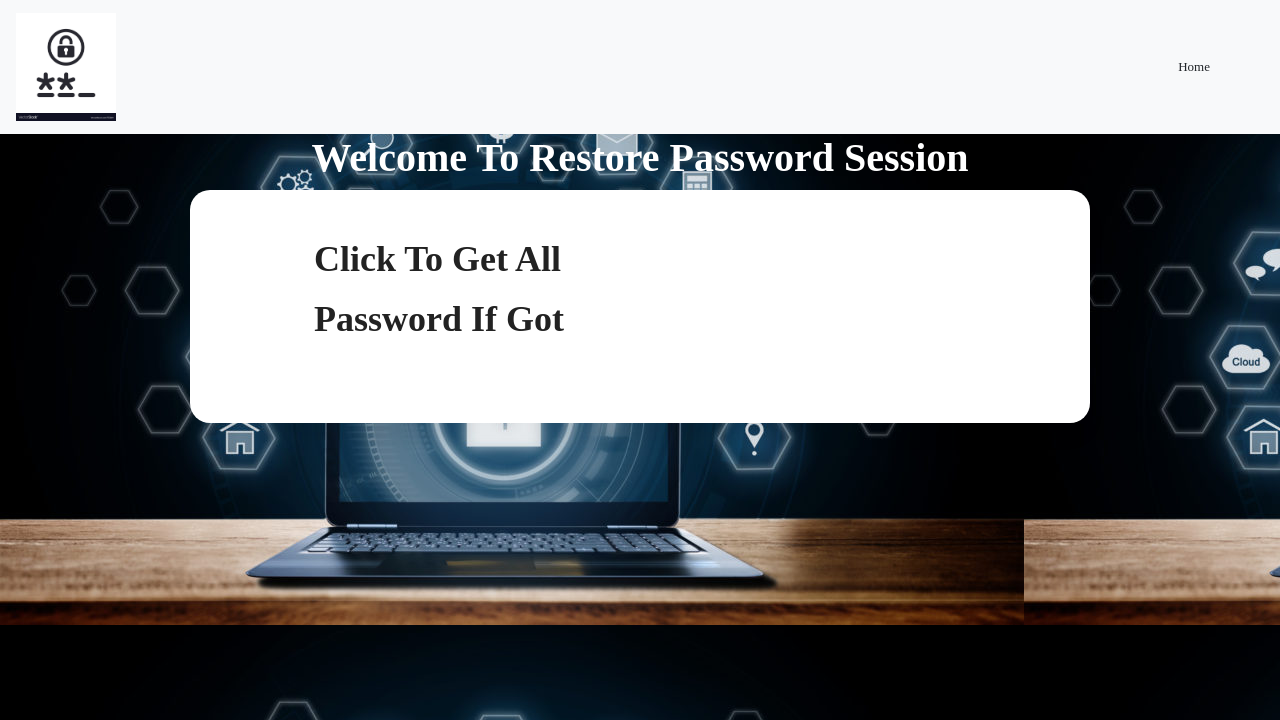
Repository: Sunil-731820/AllWorkingModels
Page: http://localhost/PasswordManagerApp/ShowAllPassword.jsp
The author's editor kept a copy of each file at every save. The page is drawn from the files as they stood at one save, then again after the next save.
The browser window is 1280 px wide. The pictures show the whole page.
Some web fonts or font styles are not loaded; a fallback is used. Some web libraries are served in a nearby version. The page is served by Tomcat 9. Other server files are loaded and not shown.

Above is the page before, as saved 2022-09-28 04:26:23.

### PasswordManagerApp/src/main/webapp/ShowAllPassword.jsp
<%@ page language="java" contentType="text/html; charset=ISO-8859-1"
    pageEncoding="ISO-8859-1"%>
<!DOCTYPE html>
<html>
<head>
<meta charset="ISO-8859-1">
<title>Insert title here</title>
<link rel="stylesheet" href="fonts/material-icon/css/material-design-iconic-font.min.css">
        <link rel="stylesheet"
              href="https://stackpath.bootstrapcdn.com/bootstrap/4.3.1/css/bootstrap.min.css">
        <link rel="stylesheet"
              href="https://maxcdn.bootstrapcdn.com/font-awesome/4.7.0/css/font-awesome.min.css">
        <script
        src="https://ajax.googleapis.com/ajax/libs/jquery/3.3.1/jquery.min.js"></script>
        <script
        src="https://cdnjs.cloudflare.com/ajax/libs/popper.js/1.14.7/umd/popper.min.js"></script>
        <script
        src="https://stackpath.bootstrapcdn.com/bootstrap/4.3.1/js/bootstrap.min.js"></script>
        <link
            href="//maxcdn.bootstrapcdn.com/bootstrap/4.0.0/css/bootstrap.min.css"
            rel="stylesheet" id="bootstrap-css">
        <script
        src="//maxcdn.bootstrapcdn.com/bootstrap/4.0.0/js/bootstrap.min.js"></script>
        <script
        src="//cdnjs.cloudflare.com/ajax/libs/jquery/3.2.1/jquery.min.js"></script>
        <link rel="stylesheet" href="css/register.css" type="text/css" />
         <style type="text/css">
        body {
            background-image: url("img/pass4.jpeg");
            background-color: #cccccc;
        }
        .img-rounded {
            height: 100%;
            width: 100%;
        }
        h1 {
            color: white;
            text-align: center;
        }
    </style>
</head>
<body>
<nav class="navbar navbar-expand-md navbar-light bg-light">
            <a href="#" class="navbar-brand"> <img src="img/icons.jpg"
                                                   height="30" width="100" alt="Password">
            </a>
            <button type="button" class="navbar-toggler" data-toggle="collapse"
                    data-target="#navbarCollapse">
                <span class="navbar-toggler-icon"></span>
            </button>

            <div class="collapse navbar-collapse" id="navbarCollapse">
                <div class="navbar-nav ml-auto" style="margin-right: 30px;">
                    <a class="dropdown-item" href="HomePage.jsp">Home</a>
                </div>
            </div>
        </nav>
        <div>
            <h1>
                <b>Welcome To Restore Password Session</b>
            </h1>
        </div>
<form action="ShowAllPassword.jsp" method="get">
            <!-- Sign up form -->
            <section class="signup">
                <div class="container">
                    <div class="signup-content">
                        <div class="signup-form">
                            <h2 class="form-title">Click To Get All Password If Got </h2>
                            <form class="register-form" id="register-form">

                            </form>
                        </div>

                    </div>
                </div>
            </section>
        </form>
</body>
</html>

### PasswordManagerApp/src/main/webapp/css/register.css
@charset "ISO-8859-1";
display-flex, .display-flex, .display-flex-center, .signup-content, .signin-content, .social-login, .socials {
  display: flex;
  display: -webkit-flex; }

/* @extend list-type-ulli; */
list-type-ulli, .socials {
  list-style-type: none;
  margin: 0;
  padding: 0; }

/* poppins-300 - latin */
@font-face {
  font-family: 'Poppins';
  font-style: normal;
  font-weight: 300;
  src: url("../fonts/poppins/poppins-v5-latin-300.eot");
  /* IE9 Compat Modes */
  src: local("Poppins Light"), local("Poppins-Light"), url("../fonts/poppins/poppins-v5-latin-300.eot?#iefix") format("embedded-opentype"), url("../fonts/poppins/poppins-v5-latin-300.woff2") format("woff2"), url("../fonts/poppins/poppins-v5-latin-300.woff") format("woff"), url("../fonts/poppins/poppins-v5-latin-300.ttf") format("truetype"), url("../fonts/poppins/poppins-v5-latin-300.svg#Poppins") format("svg");
  /* Legacy iOS */ }
/* poppins-300italic - latin */
@font-face {
  font-family: 'Poppins';
  font-style: italic;
  font-weight: 300;
  src: url("../fonts/poppins/poppins-v5-latin-300italic.eot");
  /* IE9 Compat Modes */
  src: local("Poppins Light Italic"), local("Poppins-LightItalic"), url("../fonts/poppins/poppins-v5-latin-300italic.eot?#iefix") format("embedded-opentype"), url("../fonts/poppins/poppins-v5-latin-300italic.woff2") format("woff2"), url("../fonts/poppins/poppins-v5-latin-300italic.woff") format("woff"), url("../fonts/poppins/poppins-v5-latin-300italic.ttf") format("truetype"), url("../fonts/poppins/poppins-v5-latin-300italic.svg#Poppins") format("svg");
  /* Legacy iOS */ }
/* poppins-regular - latin */
@font-face {
  font-family: 'Poppins';
  font-style: normal;
  font-weight: 400;
  src: url("../fonts/poppins/poppins-v5-latin-regular.eot");
  /* IE9 Compat Modes */
  src: local("Poppins Regular"), local("Poppins-Regular"), url("../fonts/poppins/poppins-v5-latin-regular.eot?#iefix") format("embedded-opentype"), url("../fonts/poppins/poppins-v5-latin-regular.woff2") format("woff2"), url("../fonts/poppins/poppins-v5-latin-regular.woff") format("woff"), url("../fonts/poppins/poppins-v5-latin-regular.ttf") format("truetype"), url("../fonts/poppins/poppins-v5-latin-regular.svg#Poppins") format("svg");
  /* Legacy iOS */ }
/* poppins-italic - latin */
@font-face {
  font-family: 'Poppins';
  font-style: italic;
  font-weight: 400;
  src: url("../fonts/poppins/poppins-v5-latin-italic.eot");
  /* IE9 Compat Modes */
  src: local("Poppins Italic"), local("Poppins-Italic"), url("../fonts/poppins/poppins-v5-latin-italic.eot?#iefix") format("embedded-opentype"), url("../fonts/poppins/poppins-v5-latin-italic.woff2") format("woff2"), url("../fonts/poppins/poppins-v5-latin-italic.woff") format("woff"), url("../fonts/poppins/poppins-v5-latin-italic.ttf") format("truetype"), url("../fonts/poppins/poppins-v5-latin-italic.svg#Poppins") format("svg");
  /* Legacy iOS */ }
/* poppins-500 - latin */
@font-face {
  font-family: 'Poppins';
  font-style: normal;
  font-weight: 500;
  src: url("../fonts/poppins/poppins-v5-latin-500.eot");
  /* IE9 Compat Modes */
  src: local("Poppins Medium"), local("Poppins-Medium"), url("../fonts/poppins/poppins-v5-latin-500.eot?#iefix") format("embedded-opentype"), url("../fonts/poppins/poppins-v5-latin-500.woff2") format("woff2"), url("../fonts/poppins/poppins-v5-latin-500.woff") format("woff"), url("../fonts/poppins/poppins-v5-latin-500.ttf") format("truetype"), url("../fonts/poppins/poppins-v5-latin-500.svg#Poppins") format("svg");
  /* Legacy iOS */ }
/* poppins-500italic - latin */
@font-face {
  font-family: 'Poppins';
  font-style: italic;
  font-weight: 500;
  src: url("../fonts/poppins/poppins-v5-latin-500italic.eot");
  /* IE9 Compat Modes */
  src: local("Poppins Medium Italic"), local("Poppins-MediumItalic"), url("../fonts/poppins/poppins-v5-latin-500italic.eot?#iefix") format("embedded-opentype"), url("../fonts/poppins/poppins-v5-latin-500italic.woff2") format("woff2"), url("../fonts/poppins/poppins-v5-latin-500italic.woff") format("woff"), url("../fonts/poppins/poppins-v5-latin-500italic.ttf") format("truetype"), url("../fonts/poppins/poppins-v5-latin-500italic.svg#Poppins") format("svg");
  /* Legacy iOS */ }
/* poppins-600 - latin */
@font-face {
  font-family: 'Poppins';
  font-style: normal;
  font-weight: 600;
  src: url("../fonts/poppins/poppins-v5-latin-600.eot");
  /* IE9 Compat Modes */
  src: local("Poppins SemiBold"), local("Poppins-SemiBold"), url("../fonts/poppins/poppins-v5-latin-600.eot?#iefix") format("embedded-opentype"), url("../fonts/poppins/poppins-v5-latin-600.woff2") format("woff2"), url("../fonts/poppins/poppins-v5-latin-600.woff") format("woff"), url("../fonts/poppins/poppins-v5-latin-600.ttf") format("truetype"), url("../fonts/poppins/poppins-v5-latin-600.svg#Poppins") format("svg");
  /* Legacy iOS */ }
/* poppins-700 - latin */
@font-face {
  font-family: 'Poppins';
  font-style: normal;
  font-weight: 700;
  src: url("../fonts/poppins/poppins-v5-latin-700.eot");
  /* IE9 Compat Modes */
  src: local("Poppins Bold"), local("Poppins-Bold"), url("../fonts/poppins/poppins-v5-latin-700.eot?#iefix") format("embedded-opentype"), url("../fonts/poppins/poppins-v5-latin-700.woff2") format("woff2"), url("../fonts/poppins/poppins-v5-latin-700.woff") format("woff"), url("../fonts/poppins/poppins-v5-latin-700.ttf") format("truetype"), url("../fonts/poppins/poppins-v5-latin-700.svg#Poppins") format("svg");
  /* Legacy iOS */ }
/* poppins-700italic - latin */
@font-face {
  font-family: 'Poppins';
  font-style: italic;
  font-weight: 700;
  src: url("../fonts/poppins/poppins-v5-latin-700italic.eot");
  /* IE9 Compat Modes */
  src: local("Poppins Bold Italic"), local("Poppins-BoldItalic"), url("../fonts/poppins/poppins-v5-latin-700italic.eot?#iefix") format("embedded-opentype"), url("../fonts/poppins/poppins-v5-latin-700italic.woff2") format("woff2"), url("../fonts/poppins/poppins-v5-latin-700italic.woff") format("woff"), url("../fonts/poppins/poppins-v5-latin-700italic.ttf") format("truetype"), url("../fonts/poppins/poppins-v5-latin-700italic.svg#Poppins") format("svg");
  /* Legacy iOS */ }
/* poppins-800 - latin */
@font-face {
  font-family: 'Poppins';
  font-style: normal;
  font-weight: 800;
  src: url("../fonts/poppins/poppins-v5-latin-800.eot");
  /* IE9 Compat Modes */
  src: local("Poppins ExtraBold"), local("Poppins-ExtraBold"), url("../fonts/poppins/poppins-v5-latin-800.eot?#iefix") format("embedded-opentype"), url("../fonts/poppins/poppins-v5-latin-800.woff2") format("woff2"), url("../fonts/poppins/poppins-v5-latin-800.woff") format("woff"), url("../fonts/poppins/poppins-v5-latin-800.ttf") format("truetype"), url("../fonts/poppins/poppins-v5-latin-800.svg#Poppins") format("svg");
  /* Legacy iOS */ }
/* poppins-800italic - latin */
@font-face {
  font-family: 'Poppins';
  font-style: italic;
  font-weight: 800;
  src: url("../fonts/poppins/poppins-v5-latin-800italic.eot");
  /* IE9 Compat Modes */
  src: local("Poppins ExtraBold Italic"), local("Poppins-ExtraBoldItalic"), url("../fonts/poppins/poppins-v5-latin-800italic.eot?#iefix") format("embedded-opentype"), url("../fonts/poppins/poppins-v5-latin-800italic.woff2") format("woff2"), url("../fonts/poppins/poppins-v5-latin-800italic.woff") format("woff"), url("../fonts/poppins/poppins-v5-latin-800italic.ttf") format("truetype"), url("../fonts/poppins/poppins-v5-latin-800italic.svg#Poppins") format("svg");
  /* Legacy iOS */ }
/* poppins-900 - latin */
@font-face {
  font-family: 'Poppins';
  font-style: normal;
  font-weight: 900;
  src: url("../fonts/poppins/poppins-v5-latin-900.eot");
  /* IE9 Compat Modes */
  src: local("Poppins Black"), local("Poppins-Black"), url("../fonts/poppins/poppins-v5-latin-900.eot?#iefix") format("embedded-opentype"), url("../fonts/poppins/poppins-v5-latin-900.woff2") format("woff2"), url("../fonts/poppins/poppins-v5-latin-900.woff") format("woff"), url("../fonts/poppins/poppins-v5-latin-900.ttf") format("truetype"), url("../fonts/poppins/poppins-v5-latin-900.svg#Poppins") format("svg");
  /* Legacy iOS */ }
a:focus, a:active {
  text-decoration: none;
  outline: none;
  transition: all 300ms ease 0s;
  -moz-transition: all 300ms ease 0s;
  -webkit-transition: all 300ms ease 0s;
  -o-transition: all 300ms ease 0s;
  -ms-transition: all 300ms ease 0s; }

input, select, textarea {
  outline: none;
  appearance: unset !important;
  -moz-appearance: unset !important;
  -webkit-appearance: unset !important;
  -o-appearance: unset !important;
  -ms-appearance: unset !important; }

input::-webkit-outer-spin-button, input::-webkit-inner-spin-button {
  appearance: none !important;
  -moz-appearance: none !important;
  -webkit-appearance: none !important;
  -o-appearance: none !important;
  -ms-appearance: none !important;
  margin: 0; }

input:focus, select:focus, textarea:focus {
  outline: none;
  box-shadow: none !important;
  -moz-box-shadow: none !important;
  -webkit-box-shadow: none !important;
  -o-box-shadow: none !important;
  -ms-box-shadow: none !important; }

input[type=checkbox] {
  appearance: checkbox !important;
  -moz-appearance: checkbox !important;
  -webkit-appearance: checkbox !important;
  -o-appearance: checkbox !important;
  -ms-appearance: checkbox !important; }

input[type=radio] {
  appearance: radio !important;
  -moz-appearance: radio !important;
  -webkit-appearance: radio !important;
  -o-appearance: radio !important;
  -ms-appearance: radio !important; }

img {
  max-width: 100%;
  height: auto; }

figure {
  margin: 0; }

p {
  margin-bottom: 0px;
  font-size: 15px;
  color: #777; }

h2 {
  line-height: 1.66;
  margin: 0;
  padding: 0;
  font-weight: bold;
  color: #222;
  font-family: Poppins;
  font-size: 36px; }

.main {
  background: #f8f8f8;
  padding: 150px 0; }

.clear {
  clear: both; }

body {
  font-size: 13px;
  line-height: 1.8;
  color: #222;
  background: #f8f8f8;
  font-weight: 400;
  font-family: Poppins; }

.container {
  width: 900px;
  background: #fff;
  margin: 0 auto;
  box-shadow: 0px 15px 16.83px 0.17px rgba(0, 0, 0, 0.05);
  -moz-box-shadow: 0px 15px 16.83px 0.17px rgba(0, 0, 0, 0.05);
  -webkit-box-shadow: 0px 15px 16.83px 0.17px rgba(0, 0, 0, 0.05);
  -o-box-shadow: 0px 15px 16.83px 0.17px rgba(0, 0, 0, 0.05);
  -ms-box-shadow: 0px 15px 16.83px 0.17px rgba(0, 0, 0, 0.05);
  border-radius: 20px;
  -moz-border-radius: 20px;
  -webkit-border-radius: 20px;
  -o-border-radius: 20px;
  -ms-border-radius: 20px; }

.display-flex {
  justify-content: space-between;
  -moz-justify-content: space-between;
  -webkit-justify-content: space-between;
  -o-justify-content: space-between;
  -ms-justify-content: space-between;
  align-items: center;
  -moz-align-items: center;
  -webkit-align-items: center;
  -o-align-items: center;
  -ms-align-items: center; }

.display-flex-center {
  justify-content: center;
  -moz-justify-content: center;
  -webkit-justify-content: center;
  -o-justify-content: center;
  -ms-justify-content: center;
  align-items: center;
  -moz-align-items: center;
  -webkit-align-items: center;
  -o-align-items: center;
  -ms-align-items: center; }

.position-center {
  position: absolute;
  top: 50%;
  left: 50%;
  transform: translate(-50%, -50%);
  -moz-transform: translate(-50%, -50%);
  -webkit-transform: translate(-50%, -50%);
  -o-transform: translate(-50%, -50%);
  -ms-transform: translate(-50%, -50%); }

.signup {
  margin-bottom: 150px; }

.signup-content {
  padding: 40px 0; }

.signup-form, .signup-image, .signin-form, .signin-image {
  width: 50%;
  overflow: hidden; }

.signup-image {
  margin: 0 55px; }

.form-title {
  margin-bottom: 33px; }

.signup-image {
  margin-top: 45px; }

figure {
  margin-bottom: 50px;
  text-align: center; }

.form-submit {
  display: inline-block;
  background: #6dabe4;
  color: #fff;
  border-bottom: none;
  width: auto;
  padding: 15px 39px;
  border-radius: 5px;
  -moz-border-radius: 5px;
  -webkit-border-radius: 5px;
  -o-border-radius: 5px;
  -ms-border-radius: 5px;
  margin-top: 25px;
  cursor: pointer; }
  .form-submit:hover {
    background: #4292dc; }

#signin {
  margin-top: 16px; }

.signup-image-link {
  font-size: 14px;
  color: #222;
  display: block;
  text-align: center; }

.term-service {
  font-size: 13px;
  color: #222; }

.signup-form {
  margin-left: 75px;
  margin-right: 75px;
  padding-left: 34px; }

.register-form {
  width: 100%; }

.form-group {
  position: relative;
  margin-bottom: 25px;
  overflow: hidden; }
  .form-group:last-child {
    margin-bottom: 0px; }

input {
  width: 100%;
  display: block;
  border: none;
  border-bottom: 1px solid #999;
  padding: 6px 30px;
  font-family: Poppins;
  box-sizing: border-box; }
  input::-webkit-input-placeholder {
    color: #999; }
  input::-moz-placeholder {
    color: #999; }
  input:-ms-input-placeholder {
    color: #999; }
  input:-moz-placeholder {
    color: #999; }
  input:focus {
    border-bottom: 1px solid #222; }
    input:focus::-webkit-input-placeholder {
      color: #222; }
    input:focus::-moz-placeholder {
      color: #222; }
    input:focus:-ms-input-placeholder {
      color: #222; }
    input:focus:-moz-placeholder {
      color: #222; }

input[type=checkbox]:not(old) {
  width: 2em;
  margin: 0;
  padding: 0;
  font-size: 1em;
  display: none; }

input[type=checkbox]:not(old) + label {
  display: inline-block;
  line-height: 1.5em;
  margin-top: 6px; }

input[type=checkbox]:not(old) + label > span {
  display: inline-block;
  width: 13px;
  height: 13px;
  margin-right: 15px;
  margin-bottom: 3px;
  border: 1px solid #999;
  border-radius: 2px;
  -moz-border-radius: 2px;
  -webkit-border-radius: 2px;
  -o-border-radius: 2px;
  -ms-border-radius: 2px;
  background: white;
  background-image: -moz-linear-gradient(white, white);
  background-image: -ms-linear-gradient(white, white);
  background-image: -o-linear-gradient(white, white);
  background-image: -webkit-linear-gradient(white, white);
  background-image: linear-gradient(white, white);
  vertical-align: bottom; }

input[type=checkbox]:not(old):checked + label > span {
  background-image: -moz-linear-gradient(white, white);
  background-image: -ms-linear-gradient(white, white);
  background-image: -o-linear-gradient(white, white);
  background-image: -webkit-linear-gradient(white, white);
  background-image: linear-gradient(white, white); }

input[type=checkbox]:not(old):checked + label > span:before {
  content: '\f26b';
  display: block;
  color: #222;
  font-size: 11px;
  line-height: 1.2;
  text-align: center;
  font-family: 'Material-Design-Iconic-Font';
  font-weight: bold; }

.agree-term {
  display: inline-block;
  width: auto; }

label {
  position: absolute;
  left: 0;
  top: 50%;
  transform: translateY(-50%);
  -moz-transform: translateY(-50%);
  -webkit-transform: translateY(-50%);
  -o-transform: translateY(-50%);
  -ms-transform: translateY(-50%);
  color: #222; }

.label-has-error {
  top: 22%; }

label.error {
  position: relative;
  background: url("../images/unchecked.gif") no-repeat;
  background-position-y: 3px;
  padding-left: 20px;
  display: block;
  margin-top: 20px; }

label.valid {
  display: block;
  position: absolute;
  right: 0;
  left: auto;
  margin-top: -6px;
  width: 20px;
  height: 20px;
  background: transparent; }
  label.valid:after {
    font-family: 'Material-Design-Iconic-Font';
    content: '\f269';
    width: 100%;
    height: 100%;
    position: absolute;
    /* right: 0; */
    font-size: 16px;
    color: green; }

.label-agree-term {
  position: relative;
  top: 0%;
  transform: translateY(0);
  -moz-transform: translateY(0);
  -webkit-transform: translateY(0);
  -o-transform: translateY(0);
  -ms-transform: translateY(0); }

.material-icons-name {
  font-size: 18px; }

.signin-content {
  padding-top: 40px;
  padding-bottom: 10px; }

.social-login {
  align-items: center;
  -moz-align-items: center;
  -webkit-align-items: center;
  -o-align-items: center;
  -ms-align-items: center;
  margin-top: 80px; }

.social-label {
  display: inline-block;
  margin-right: 15px; }

.socials li {
  padding: 5px; }
  .socials li:last-child {
    margin-right: 0px; }
  .socials li a {
    text-decoration: none; }
    .socials li a i {
      width: 30px;
      height: 30px;
      color: #fff;
      font-size: 14px;
      border-radius: 5px;
      -moz-border-radius: 5px;
      -webkit-border-radius: 5px;
      -o-border-radius: 5px;
      -ms-border-radius: 5px;
      transform: translateZ(0);
      -moz-transform: translateZ(0);
      -webkit-transform: translateZ(0);
      -o-transform: translateZ(0);
      -ms-transform: translateZ(0);
      -webkit-transition-duration: 0.3s;
      transition-duration: 0.3s;
      -webkit-transition-property: transform;
      transition-property: transform;
      -webkit-transition-timing-function: ease-out;
      transition-timing-function: ease-out; }
  .socials li:hover a i {
    -webkit-transform: scale(1.3) translateZ(0);
    transform: scale(1.3) translateZ(0); }

.zmdi-facebook {
  background: #3b5998; }

.zmdi-twitter {
  background: #1da0f2; }

.zmdi-google {
  background: #e72734; }

.signin-form {
  margin-right: 90px;
  margin-left: 80px; }

.signin-image {
  margin-left: 110px;
  margin-right: 20px;
  margin-top: 10px; }

@media screen and (max-width: 1200px) {
  .container {
    width: calc( 100% - 30px);
    max-width: 100%; } }
@media screen and (min-width: 1024px) {
  .container {
    max-width: 1200px; } }
@media screen and (max-width: 768px) {
  .signup-content, .signin-content {
    flex-direction: column;
    -moz-flex-direction: column;
    -webkit-flex-direction: column;
    -o-flex-direction: column;
    -ms-flex-direction: column;
    justify-content: center;
    -moz-justify-content: center;
    -webkit-justify-content: center;
    -o-justify-content: center;
    -ms-justify-content: center; }

  .signup-form {
    margin-left: 0px;
    margin-right: 0px;
    padding-left: 0px;
    /* box-sizing: border-box; */
    padding: 0 30px; }

  .signin-image {
    margin-left: 0px;
    margin-right: 0px;
    margin-top: 50px;
    order: 2;
    -moz-order: 2;
    -webkit-order: 2;
    -o-order: 2;
    -ms-order: 2; }

  .signup-form, .signup-image, .signin-form, .signin-image {
    width: auto; }

  .social-login {
    justify-content: center;
    -moz-justify-content: center;
    -webkit-justify-content: center;
    -o-justify-content: center;
    -ms-justify-content: center; }

  .form-button {
    text-align: center; }

  .signin-form {
    order: 1;
    -moz-order: 1;
    -webkit-order: 1;
    -o-order: 1;
    -ms-order: 1;
    margin-right: 0px;
    margin-left: 0px;
    padding: 0 30px; }

  .form-title {
    text-align: center; } }
@media screen and (max-width: 400px) {
  .social-login {
    flex-direction: column;
    -moz-flex-direction: column;
    -webkit-flex-direction: column;
    -o-flex-direction: column;
    -ms-flex-direction: column; }

  .social-label {
    margin-right: 0px;
    margin-bottom: 10px; } }

After the next save:
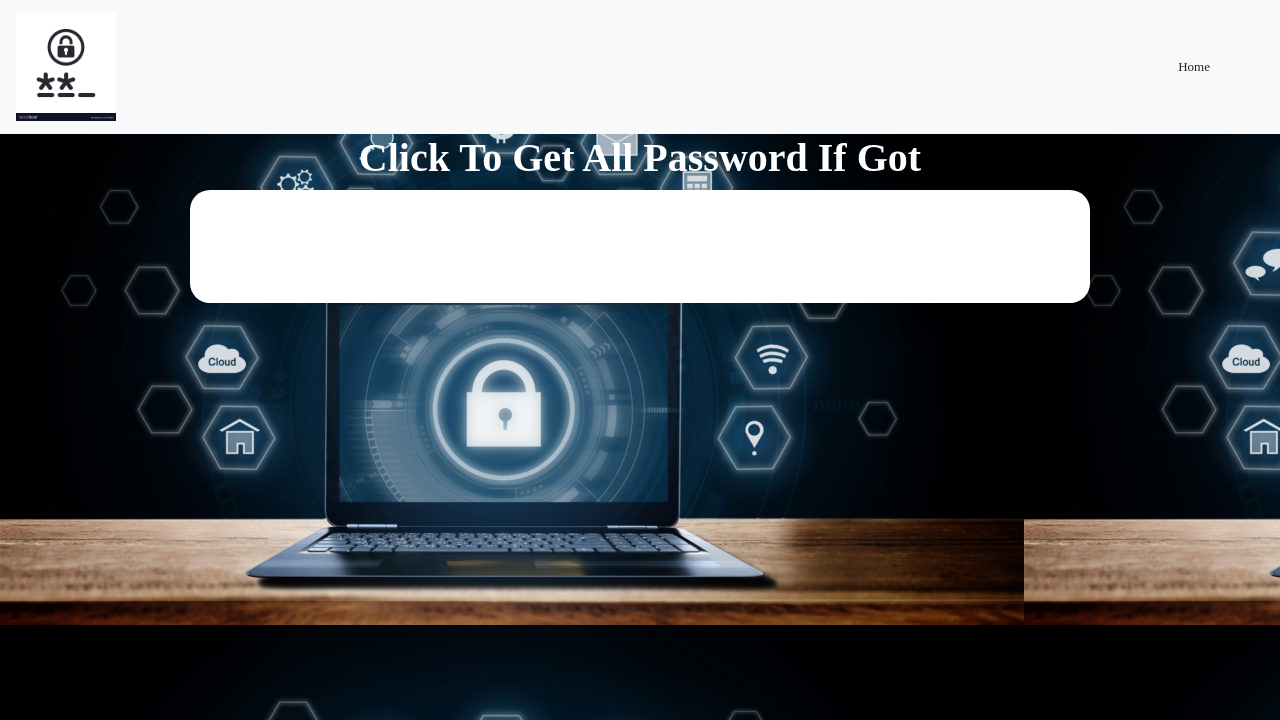
Saved 30 s later.
--- a/PasswordManagerApp/src/main/webapp/ShowAllPassword.jsp
+++ b/PasswordManagerApp/src/main/webapp/ShowAllPassword.jsp
@@ -57,7 +57,7 @@
         </nav>
         <div>
             <h1>
-                <b>Welcome To Restore Password Session</b>
+                <b>Click To Get All Password If Got</b>
             </h1>
         </div>
 <form action="ShowAllPassword.jsp" method="get">
@@ -66,7 +66,7 @@
                 <div class="container">
                     <div class="signup-content">
                         <div class="signup-form">
-                            <h2 class="form-title">Click To Get All Password If Got </h2>
+                            <h2 class="form-title"> </h2>
                             <form class="register-form" id="register-form">
 
                             </form>
